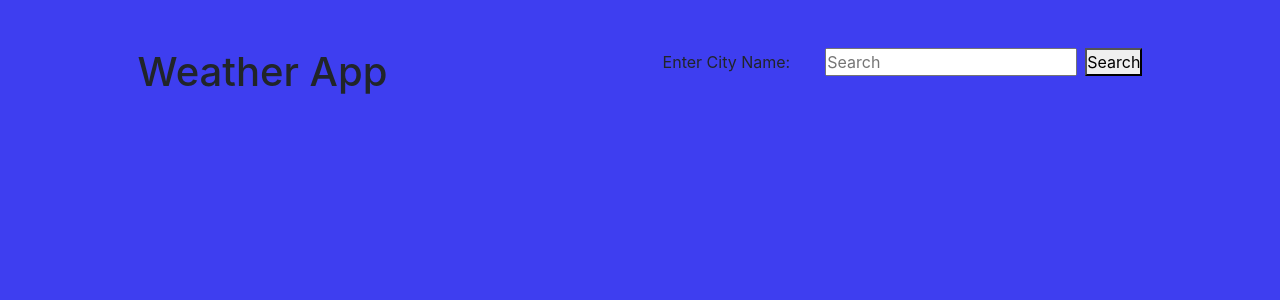
Repository: bhaveshtrades/weatherapp
Page: /
The author's editor kept a copy of each file at every save. The page is drawn from the files as they stood at one save, then again after the next save.
The browser window is 1280 px wide. The pictures show the whole page.
The project was rebuilt for these pictures with package versions that can differ from the ones it lists, and the page was loaded fresh each time. Also part of the build but not shown: src/components/CurrentWeather.jsx.

Above is the page before, as saved 2023-01-08 19:10:39.

After the next save:
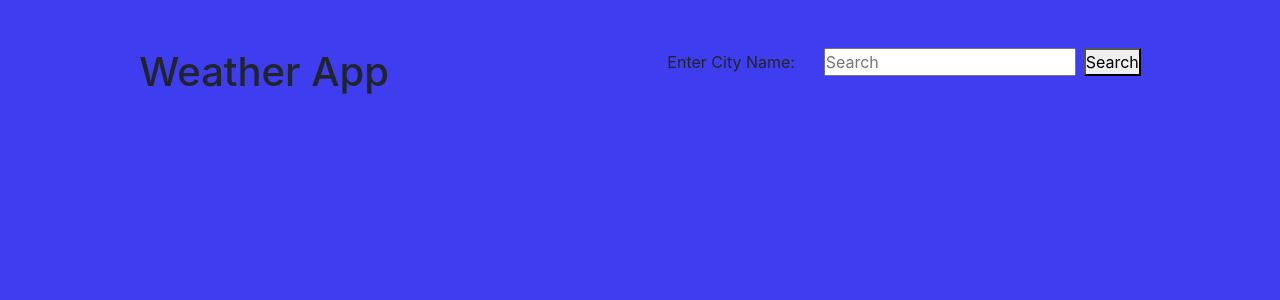
Saved 4 s later.
--- a/src/App.css
+++ b/src/App.css
@@ -14,7 +14,7 @@ body{
 }
 
 .searchInput{
-  margin-left: 2.2rem;
+  margin-left: 1.8rem;
 }
 
 .searchButton{
